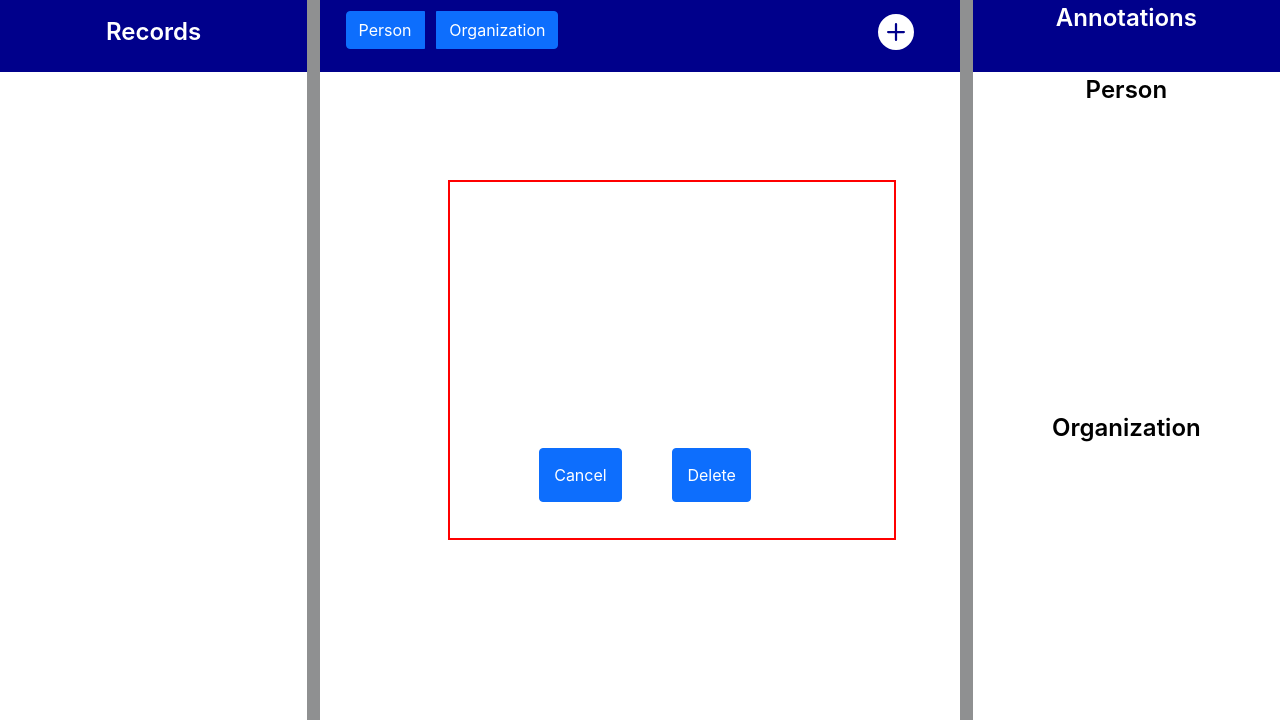
Repository: napan24/classforma_assignment
Page: / (app in client/)
The author's editor kept a copy of each file at every save. The page is drawn from the files as they stood at one save, then again after a run of saves.
The browser window is 1280 px wide. The pictures show the whole page.
The project was rebuilt for these pictures with package versions that can differ from the ones it lists, and the page was loaded fresh each time. Also part of the build but not shown: client/src/App.css.

Above is the page before, as saved 2022-07-20 16:42:12.

### client/public/index.html
<!DOCTYPE html>
<html lang="en">
  <head>
    <meta charset="utf-8" />
    <link rel="icon" href="%PUBLIC_URL%/favicon.ico" />
    <meta name="viewport" content="width=device-width, initial-scale=1" />
    <meta name="theme-color" content="#000000" />
    <meta
      name="description"
      content="Web site created using create-react-app"
    />
    <link href="https://cdn.jsdelivr.net/npm/bootstrap@5.1.3/dist/css/bootstrap.min.css" rel="stylesheet" integrity="sha384-1BmE4kWBq78iYhFldvKuhfTAU6auU8tT94WrHftjDbrCEXSU1oBoqyl2QvZ6jIW3" crossorigin="anonymous">
    <link rel="apple-touch-icon" href="%PUBLIC_URL%/logo192.png" />
    <!--
      manifest.json provides metadata used when your web app is installed on a
      user's mobile device or desktop. See https://developers.google.com/web/fundamentals/web-app-manifest/
    -->
    <link rel="manifest" href="%PUBLIC_URL%/manifest.json" />
    <!--
      Notice the use of %PUBLIC_URL% in the tags above.
      It will be replaced with the URL of the `public` folder during the build.
      Only files inside the `public` folder can be referenced from the HTML.

      Unlike "/favicon.ico" or "favicon.ico", "%PUBLIC_URL%/favicon.ico" will
      work correctly both with client-side routing and a non-root public URL.
      Learn how to configure a non-root public URL by running `npm run build`.
    -->
    <title>React App</title>
  </head>
  <body>
    <noscript>You need to enable JavaScript to run this app.</noscript>
    <div id="root"></div>
    <!--
      This HTML file is a template.
      If you open it directly in the browser, you will see an empty page.

      You can add webfonts, meta tags, or analytics to this file.
      The build step will place the bundled scripts into the <body> tag.

      To begin the development, run `npm start` or `yarn start`.
      To create a production bundle, use `npm run build` or `yarn build`.
    -->
    <script src="https://cdn.jsdelivr.net/npm/bootstrap@5.1.3/dist/js/bootstrap.bundle.min.js" integrity="sha384-ka7Sk0Gln4gmtz2MlQnikT1wXgYsOg+OMhuP+IlRH9sENBO0LRn5q+8nbTov4+1p" crossorigin="anonymous"></script>
  </body>
</html>

### client/src/App.js
import logo from './logo.svg';
import './App.css';
import Home from './Home';

function App() {
  return (
    <>
      <Home></Home>
    </>
  );
}

export default App;

### client/src/Home.js
'strict origin'
import React, { useState, useEffect } from 'react'
const Home = () => {
    const [textField, setTextField] = useState();
    const [person, setPerson] = useState();
    const [place, setPlace] = useState();
    const [personName, setPersonName] = useState(['']);
    const [placeName, setPlaceName] = useState(['']);
    useEffect(() => {
        if (textField) {
            trending();
        }
    }, [textField])
    const trending = async () => {
        const res = await fetch("/", {
            method: 'POST',
            headers: {
                "Content-Type": "application/json"
            },
            body: JSON.stringify({ textField })
        });
        const result = await res.json();
        console.log(result);
        setPerson(result.filter((arr) => arr.type == 'Person'));
        setPlace(result.filter((arr) => arr.type[0] == 'Place' || arr.type[0] == 'PopulatedPlace' || arr.type[0] == 'Settlement' || arr.type[0] == 'City'));
    };
    useEffect(() => {
        setPersonName(['']);
        if (person) {
            person.forEach(function (arrayItem) {
                setPersonName(curr => [...curr, arrayItem.entityId]);
            });
        }
    }, [person])
    useEffect(() => {
        setPlaceName(['']);
        if (place) {
            console.log(place);
            place.forEach(function (arrayItem) {
                setPlaceName(curr => [...curr, arrayItem.entityId]);
            });
        }
    }, [place])
    const showFile = async (e) => {
        e.preventDefault()
        const reader = new FileReader()
        reader.onload = async (e) => {
            const text = (e.target.result)
            setTextField(text);
        };
        reader.readAsText(e.target.files[0])
    }
    function replace(e) {
        var data = e.currentTarget.parentElement.querySelector('.userName').innerHTML;
        setTextField(textField.replace(data, ''));
    }
    return (
        <>
            <div style={{ height: "50vh", width: "35vw", backgroundColor: "white", position: "absolute", zIndex: '2', left: "35%", top: "25%", border: "2px solid red" }}>
                <button type="button" class="btn btn-primary" style={{ marginRight: "1vw",position:"absolute",bottom:"10%",left:"20%",padding:"2vh" }}>Cancel</button>
                <button style={{ marginRight: "1vw",position:"absolute",bottom:"10%",left:"50%",padding:"2vh" }} type="button" class="btn btn-primary">Delete</button>
            </div>
            <div style={{ display: 'flex', width: "100vw", height: "100vh", backgroundColor: "#8f9091", overflow: "hidden" }}>
                <div style={{ width: "24vw", height: "100vh", backgroundColor: "white", marginRight: "1vw" }}>
                    <div style={{ width: "24vw", height: "10vh", backgroundColor: "#00008b", textAlign: 'center', fontSize: '150%', color: "white", fontWeight: "600", position: "fixed" }}>
                        <p style={{ marginTop: "2vh" }}>
                            Records
                        </p>
                    </div>
                    <div>

                    </div>
                </div>
                <div style={{ width: "50vw", height: "100vh", backgroundColor: "white", marginRight: "1vw", overflowY: "unset" }}>
                    <div style={{ width: "50vw", height: "10vh", backgroundColor: "#00008b", position: 'relative', overflowY: 'hidden' }}>
                        <div class="btn-group" style={{ marginTop: "1.5vh", marginLeft: "2vw" }}>
                            <button type="button" class="btn btn-primary" style={{ marginRight: "1vw" }}>Person</button>
                            <button type="button" class="btn btn-primary">Organization</button>
                        </div>
                        <label for="file">
                            <svg style={{ width: "20%", height: "50%", position: "absolute", right: "0", top: "2vh", color: "white" }} xmlns="http://www.w3.org/2000/svg" fill="currentColor" class="bi bi-plus-circle-fill" viewBox="0 0 16 16">
                                <path d="M16 8A8 8 0 1 1 0 8a8 8 0 0 1 16 0zM8.5 4.5a.5.5 0 0 0-1 0v3h-3a.5.5 0 0 0 0 1h3v3a.5.5 0 0 0 1 0v-3h3a.5.5 0 0 0 0-1h-3v-3z" />
                            </svg>
                        </label>
                        <input type="file" id="file" onChange={(e) => showFile(e)} style={{ display: "none" }} />
                    </div>
                    <div style={{ width: "48vw", height: "85vh", marginLeft: "2vw", marginTop: "5vh", overflowY: "scroll" }}>
                        {textField}
                    </div>
                </div>
                <div style={{ width: "24vw", height: "100vh", backgroundColor: "white" }}>
                    <div style={{ width: "24vw", height: "10vh", backgroundColor: "#00008b", textAlign: 'center', fontSize: '150%', color: "white", fontWeight: "600" }}>
                        <p>
                            Annotations
                        </p>
                    </div>
                    <div style={{ width: "24vw", height: "5vh", backgroundColor: "white", textAlign: 'center', fontSize: '150%', color: "black", fontWeight: "600", marginBottom: "2vh" }}>
                        <p>
                            Person
                        </p>
                    </div>
                    <div style={{ maxWidth: "24vw", height: "40vh", backgroundColor: "white", textAlign: 'center', fontSize: '150%', color: "black", fontWeight: "600", zIndex: "2", overflowY: "scroll", overflowX: "hidden" }}>
                        {personName && personName.map((user) => (
                            user.length > 0 && <div style={{ width: "24vw", color: "black", height: "3vh", fontSize: "2vh", position: 'relative', borderBottom: '1px solid black' }}>
                                <span className='userName' style={{ width: "12vw" }}>
                                    {user}
                                </span>
                                <svg onClick={(e) => { replace(e) }} style={{ width: "3.5vw", height: "3.5vh", position: 'absolute', right: "0vw", top: "0vh" }} xmlns="http://www.w3.org/2000/svg" style={{ height: "3vh", width: "2vw", color: 'red' }} fill="currentColor" class="bi bi-x" viewBox="0 0 16 16">
                                    <path d="M4.646 4.646a.5.5 0 0 1 .708 0L8 7.293l2.646-2.647a.5.5 0 0 1 .708.708L8.707 8l2.647 2.646a.5.5 0 0 1-.708.708L8 8.707l-2.646 2.647a.5.5 0 0 1-.708-.708L7.293 8 4.646 5.354a.5.5 0 0 1 0-.708z" />
                                </svg>
                            </div>
                        ))}
                    </div>
                    <div style={{ width: "24vw", height: "5vh", backgroundColor: "white", textAlign: 'center', fontSize: '150%', color: "black", fontWeight: "600", marginBottom: "2vh" }}>
                        <p>
                            Organization
                        </p>
                    </div>
                    <div style={{ width: "24vw", height: "40vh", backgroundColor: "white", textAlign: 'center', fontSize: '150%', color: "black", fontWeight: "600", overflowY: "scroll" }}>
                        {placeName && placeName.map((user) => (
                            user.length > 0 && <div style={{ width: "24vw", color: "black", height: "3vh", fontSize: "2vh", position: 'relative', borderBottom: '1px solid black' }}>
                                <span className='userName' style={{ width: "12vw" }}>
                                    {user}
                                </span>
                                <svg onClick={(e) => { replace(e) }} style={{ width: "3.5vw", height: "3.5vh", position: 'absolute', right: "0vw", top: "0vh" }} xmlns="http://www.w3.org/2000/svg" style={{ height: "3vh", width: "2vw", color: 'red' }} fill="currentColor" class="bi bi-x" viewBox="0 0 16 16">
                                    <path d="M4.646 4.646a.5.5 0 0 1 .708 0L8 7.293l2.646-2.647a.5.5 0 0 1 .708.708L8.707 8l2.647 2.646a.5.5 0 0 1-.708.708L8 8.707l-2.646 2.647a.5.5 0 0 1-.708-.708L7.293 8 4.646 5.354a.5.5 0 0 1 0-.708z" />
                                </svg>
                            </div>
                        ))}
                    </div>
                </div>
            </div>
        </>
    )
}

export default Home

Loaded but not shown: client/src/index.js (common file); client/src/index.css (common file); client/src/reportWebVitals.js (common file)

After the next 2 saves:
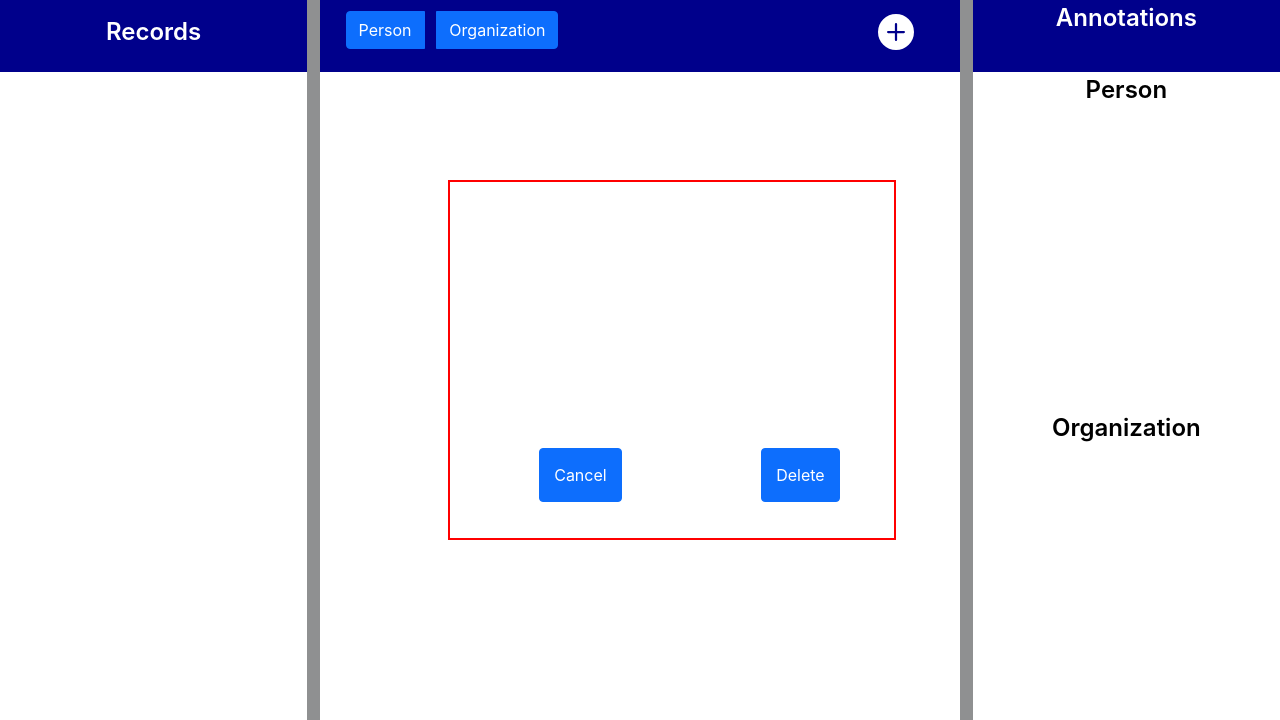
The 2 saves are shown as one change because they came seconds apart.
The last was saved 13 s later.
--- a/client/src/Home.js
+++ b/client/src/Home.js
@@ -58,7 +58,7 @@ const Home = () => {
         <>
             <div style={{ height: "50vh", width: "35vw", backgroundColor: "white", position: "absolute", zIndex: '2', left: "35%", top: "25%", border: "2px solid red" }}>
                 <button type="button" class="btn btn-primary" style={{ marginRight: "1vw",position:"absolute",bottom:"10%",left:"20%",padding:"2vh" }}>Cancel</button>
-                <button style={{ marginRight: "1vw",position:"absolute",bottom:"10%",left:"50%",padding:"2vh" }} type="button" class="btn btn-primary">Delete</button>
+                <button style={{ marginRight: "1vw",position:"absolute",bottom:"10%",left:"70%",padding:"2vh" }} type="button" class="btn btn-primary">Delete</button>
             </div>
             <div style={{ display: 'flex', width: "100vw", height: "100vh", backgroundColor: "#8f9091", overflow: "hidden" }}>
                 <div style={{ width: "24vw", height: "100vh", backgroundColor: "white", marginRight: "1vw" }}>
